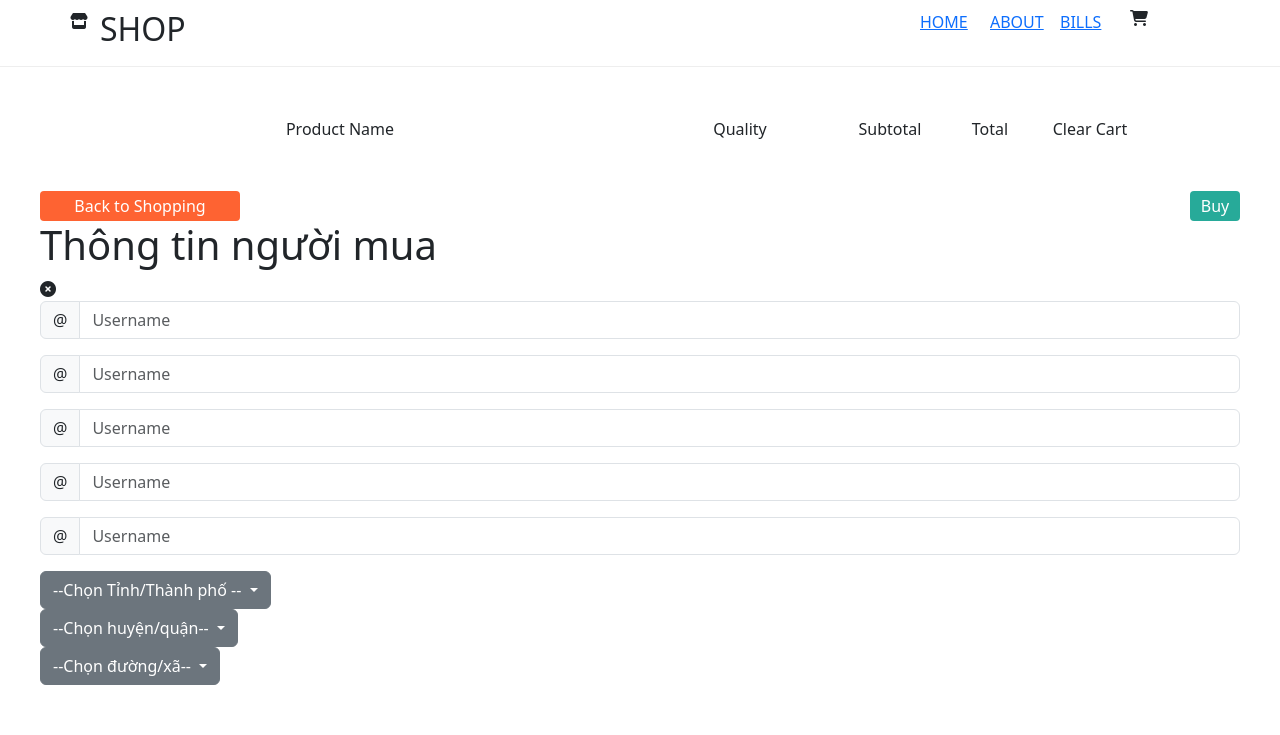
Repository: nguyenhaidang212/danh-sach-ban-hang
Page: index.html
The author's editor kept a copy of each file at every save. The page is drawn from the files as they stood at one save, then again after the next save.
The browser window is 1280 px wide. The pictures show the whole page.
Some web libraries are served in a nearby version.

Above is the page before, as saved 2023-02-10 14:39:47.

After the next save:
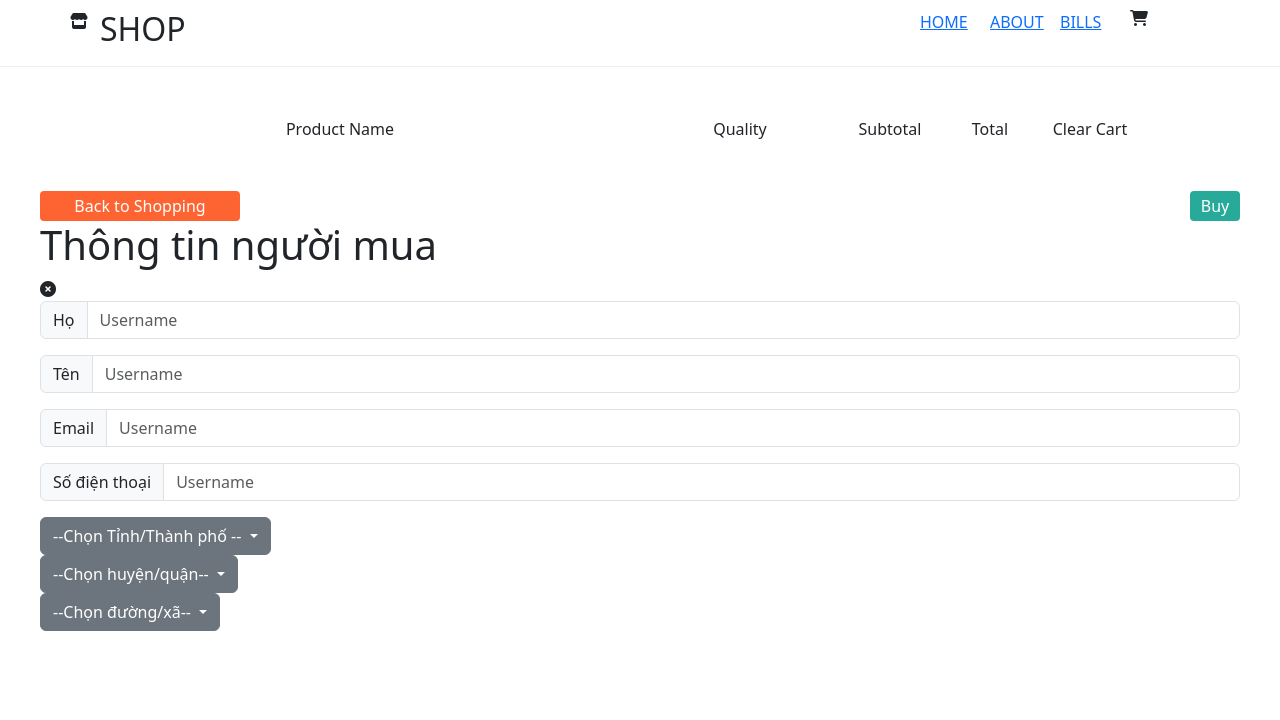
Saved 33 s later.
--- a/index.html
+++ b/index.html
@@ -74,7 +74,7 @@
             <input type="text" placeholder="Số điện thoại" />
             <div id="address">Địa chỉ</div> -->
             <div class="input-group mb-3">
-              <span class="input-group-text" id="basic-addon1">@</span>
+              <span class="input-group-text" id="basic-addon1">Họ</span>
               <input
                 type="text"
                 class="form-control"
@@ -84,7 +84,7 @@
               />
             </div>
             <div class="input-group mb-3">
-              <span class="input-group-text" id="basic-addon1">@</span>
+              <span class="input-group-text" id="basic-addon1">Tên</span>
               <input
                 type="text"
                 class="form-control"
@@ -94,7 +94,7 @@
               />
             </div>
             <div class="input-group mb-3">
-              <span class="input-group-text" id="basic-addon1">@</span>
+              <span class="input-group-text" id="basic-addon1">Email</span>
               <input
                 type="text"
                 class="form-control"
@@ -104,7 +104,9 @@
               />
             </div>
             <div class="input-group mb-3">
-              <span class="input-group-text" id="basic-addon1">@</span>
+              <span class="input-group-text" id="basic-addon1"
+                >Số điện thoại</span
+              >
               <input
                 type="text"
                 class="form-control"
@@ -113,16 +115,7 @@
                 aria-describedby="basic-addon1"
               />
             </div>
-            <div class="input-group mb-3">
-              <span class="input-group-text" id="basic-addon1">@</span>
-              <input
-                type="text"
-                class="form-control"
-                placeholder="Username"
-                aria-label="Username"
-                aria-describedby="basic-addon1"
-              />
-            </div>
+
             <div class="dropdown">
               <button
                 class="btn btn-secondary dropdown-toggle"
